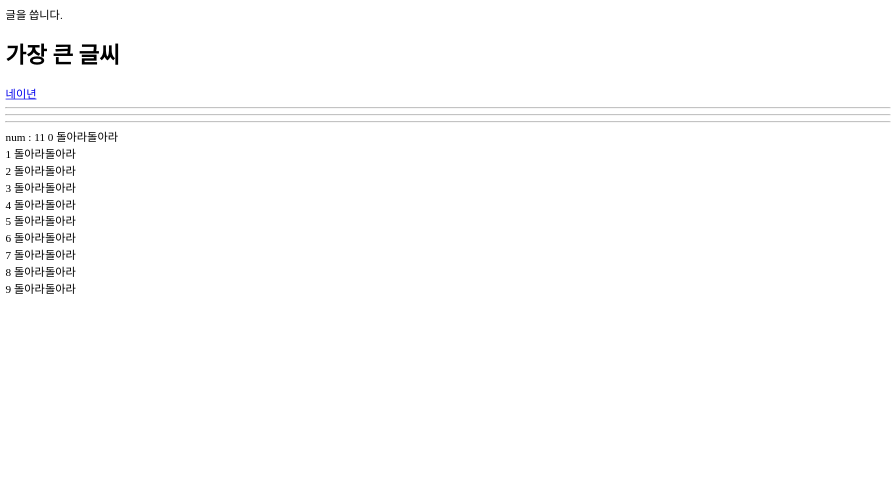
Repository: popll1/Pleiades
Page: http://localhost/jun261/
The author's editor kept a copy of each file at every save. The page is drawn from the files as they stood at one save, then again after a run of saves.
The browser window is 1280 px wide. The pictures show the part of the page from y = 0 to 1920 px (the page is 720 px tall before and 2591 px after), at 70% of full size.
The page is served by Tomcat 9.

Above is the page before, as saved 2023-06-26 05:28:56.

### jun261/src/main/webapp/index.jsp
<%@ page language="java" contentType="text/html; charset=utf-8"
	pageEncoding="UTF-8"%>
<!DOCTYPE html>
<html>
<head>
<meta charset="메타몽">
<title>네이년 : 이년의 검색</title>
</head>
<body>
	글을 씁니다.
	<br>
	<h1>가장 큰 글씨</h1>
	<a href="https://www.naver.com">네이년</a>
	<%
	//여기는 자바입니다.
	int num = 10;
	num += 1;
	%>
	<hr><hr><hr>
	num : <%=num%>

	<%
	for(int i = 0 ; i < 10; i++){
%>
       <%= i %>  돌아라돌아라 <br>
<%
}
%>

</body>
</html>

After the next 2 saves:
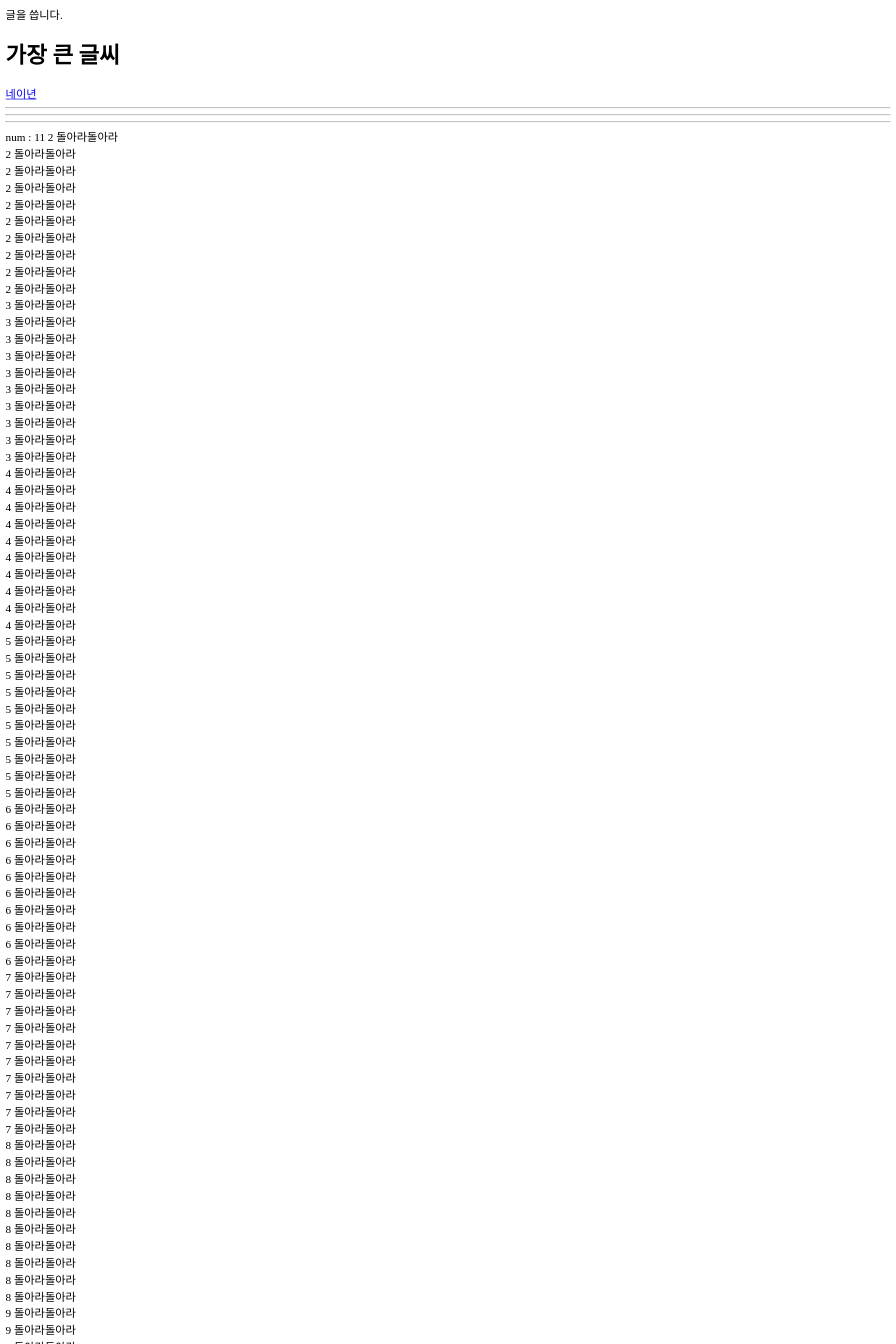
The 2 saves are shown as one change because 1 did not build or start.
The last was saved 2 min 14 s later.
--- a/jun261/src/main/webapp/index.jsp
+++ b/jun261/src/main/webapp/index.jsp
@@ -20,11 +20,13 @@
 	num : <%=num%>
 
 	<%
-	for(int i = 0 ; i < 10; i++){
+	for(int i = 2 ; i < 12; i++){
+	for(int j = 1 ; j < 11; j++){
 %>
        <%= i %>  돌아라돌아라 <br>
 <%
 }
+	}
 %>
 
 </body>
